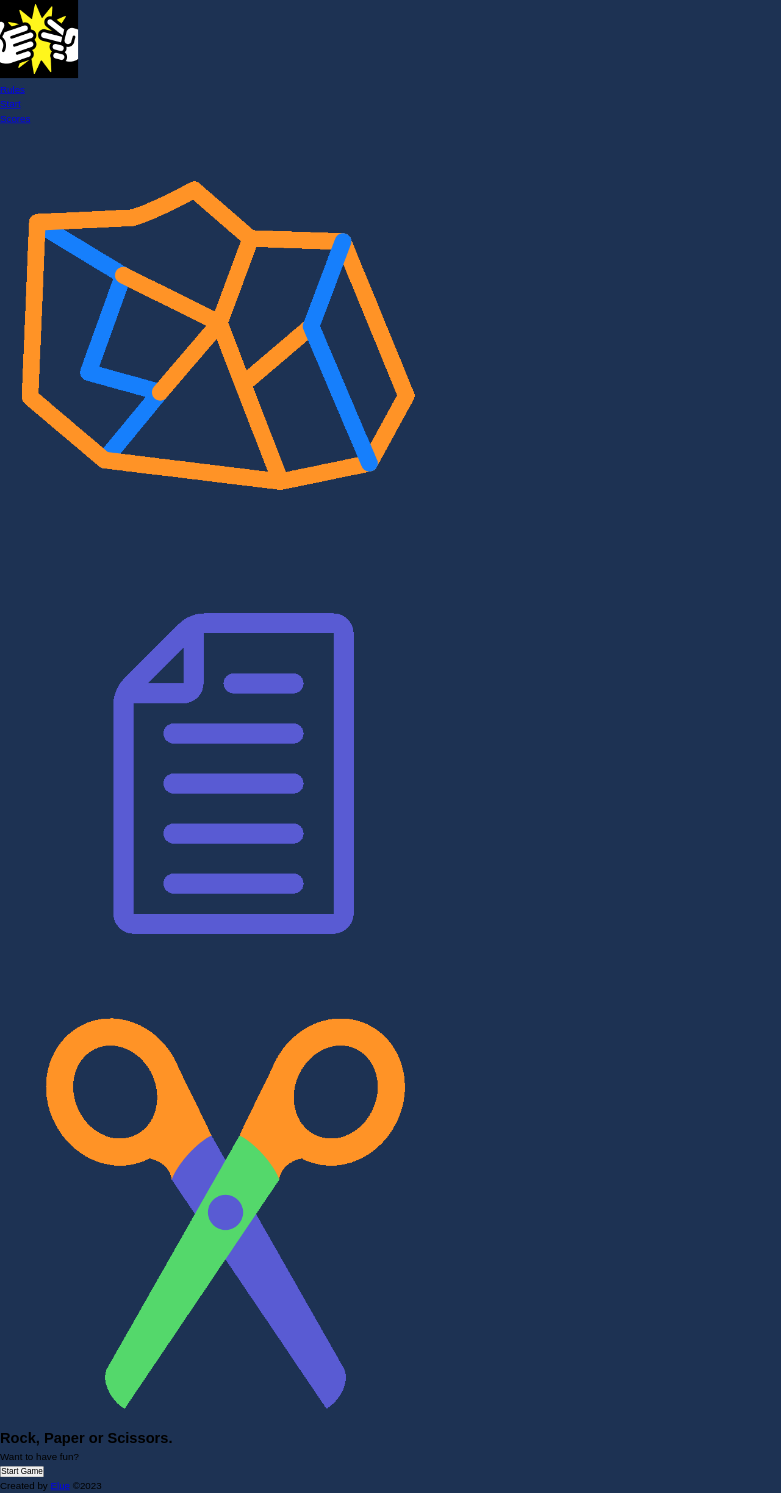
Repository: MikkyPrestige/rock-paper-scissors
Page: index.html
An editor plug-in stored every save of this project. The page is shown before and after the next save, followed by the edit.
The browser window is 1280 px wide. The pictures show the whole page, at 61% of full size.

Above is the page before, as saved 2023-05-08 03:58:48.

After the next save:
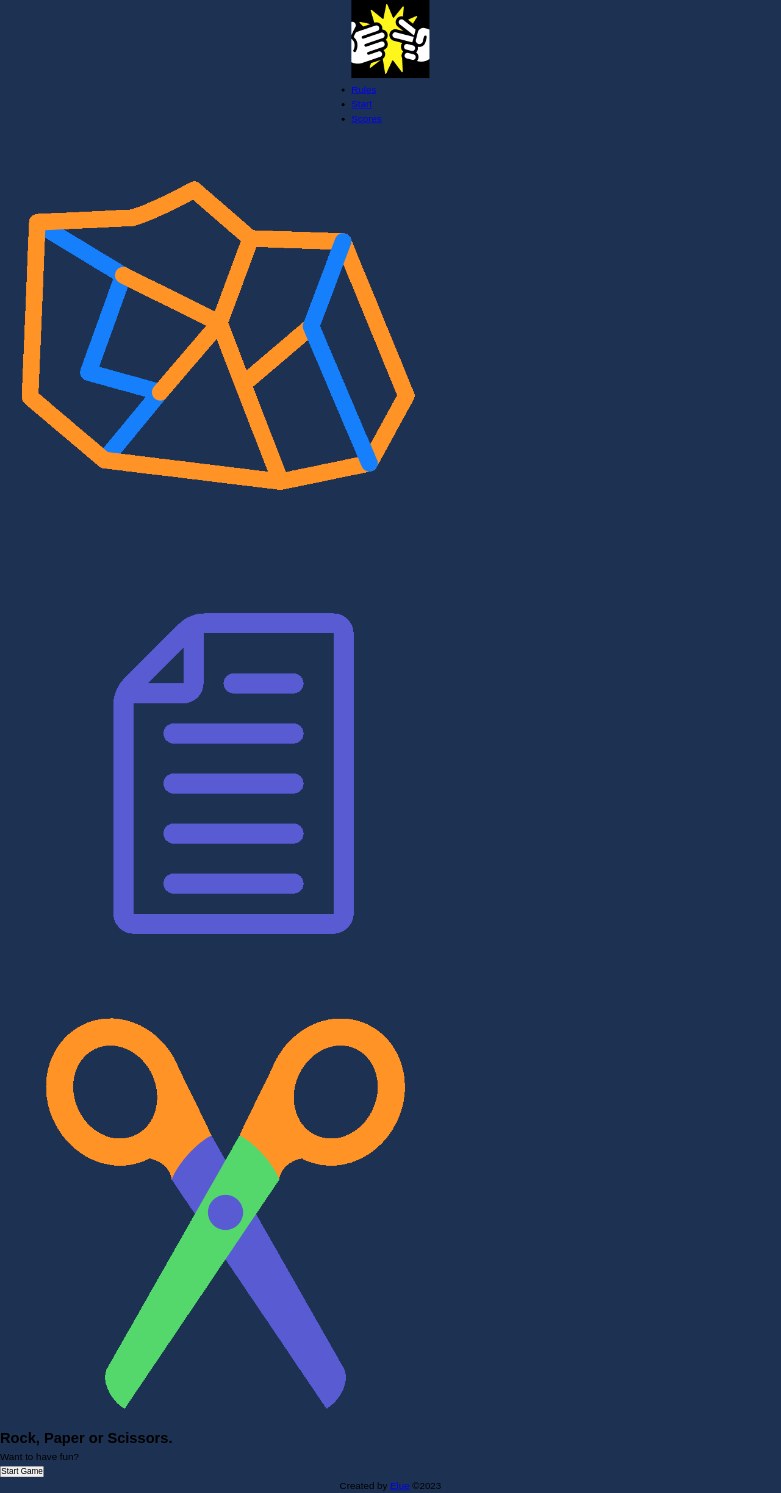
Saved 38 s later.
--- a/index.css
+++ b/index.css
@@ -18,3 +18,11 @@ body {
   width: 100%;
   height: 100%;
 }
+
+main {
+  display: flex;
+  flex-direction: column;
+  align-items: center;
+  justify-content: center;
+  height: 100%;
+}

After the save that followed:
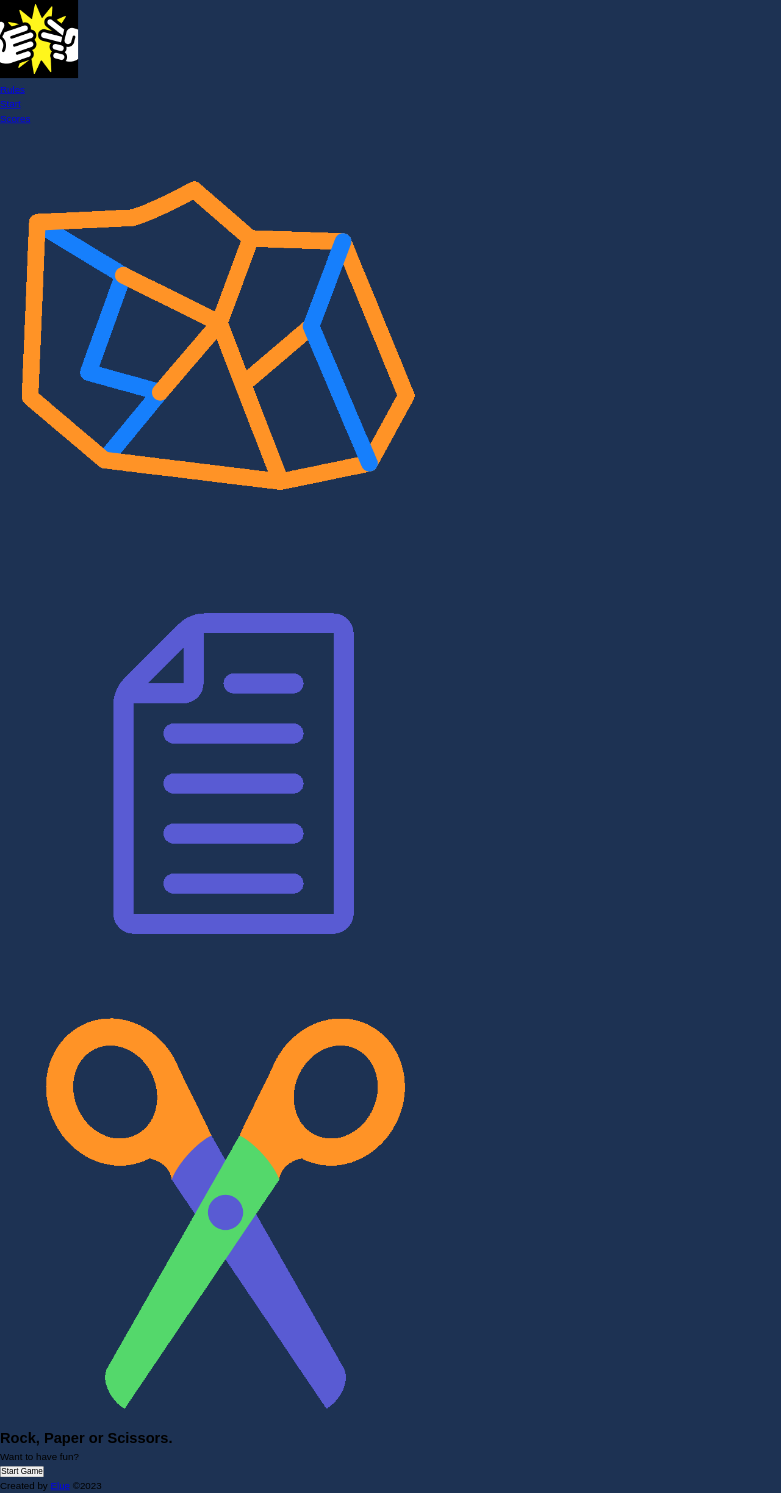
Saved 10 s later.
--- a/index.css
+++ b/index.css
@@ -22,7 +22,6 @@ body {
 main {
   display: flex;
   flex-direction: column;
-  align-items: center;
   justify-content: center;
   height: 100%;
 }
